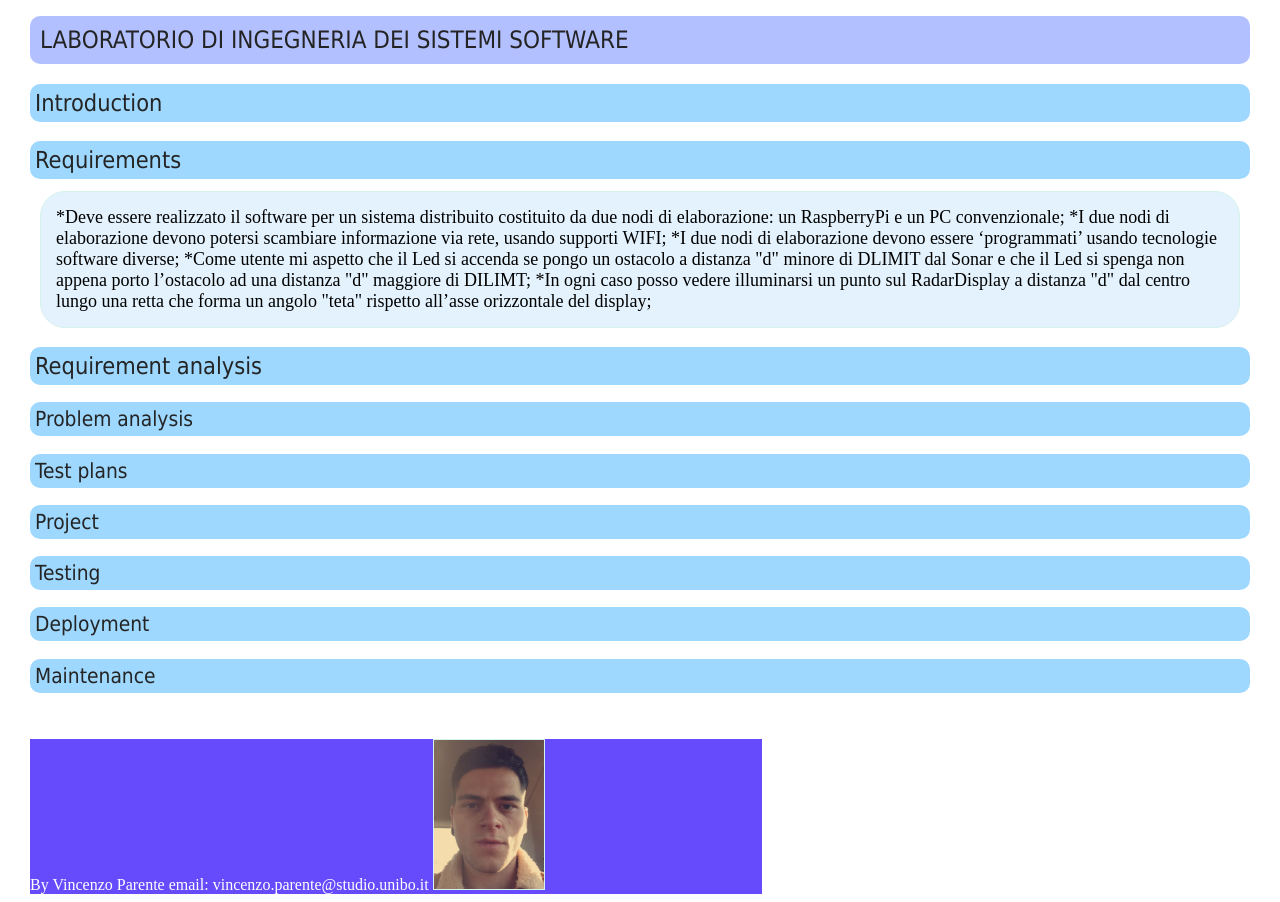
Repository: ParenteVincenzo/iss2022
Page: it.unibo.radarSystem22/userDocs/radarSystem22.html
The author's editor kept a copy of each file at every save. The page is drawn from the files as they stood at one save, then again after the next save.
The browser window is 1280 px wide. The pictures show the whole page.

Above is the page before, as saved 2022-03-06 16:53:19.

### it.unibo.radarSystem22/userDocs/radarSystem22.html
<!DOCTYPE html PUBLIC "-//W3C//DTD HTML 4.01//EN" "http://www.w3.org/TR/html4/strict.dtd">
<html>
    <!--
<link rel="stylesheet" type="text/css" href="../css/issStyle1.css">
<script type="text/javascript" src="../css/issStyle.js"></script>
-->
<style type="text/css">
body
{
    margin-left:  30px;
    margin-right: 30px;
};

P
{
    font-family: Tahoma;
    font-size: 10pt;
};

a, a:visited, a:active, a:link, a:hover {
    text-decoration: underline;
    color: #545454;
    background-color: transparent;
	font-size: 93%;
}

a:hover {
    background-color: #cccccc;
}


hr {
    clear: both;
    height: 1px;
    color: #242424;
    background-color: transparent;
}

h1, h2, h3 {
    color: #242424;
    clear: left;
    font: 100% Tahoma, Helvetica, Arial, sans-serif;
    margin-bottom: 0.5em;
    padding-top: 0.5em;
	border-radius: 10px;
	padding: 5px;
}

top {
	width: 100%;
}


#i {
    color: #ff1010;
}
tt{
	font-family: "Arial";
    font-size: 90%;
	color: #006600;
}
em{
	font-family: "Arial";
    font-size: 80%;
	font-weight: bold;
	border-style:solid;
	border-color: #abe876;
    color: #1632cc;
}
bc{
	font-family: "Arial";
	font-size: 90%;
	font-weight: bold;
    color: #990000;
	background-color: #fcf8c7;
}
ks{
	font-family: "Arial";
	font-weight: bold;
    color: #0000CD	;
	font-size: 90%;
}
kc{
	font-family: "Arial";
	font-weight: bold;
    color: #008000	;
	font-size: 90%;
}
pre{
	font-family: "Consolas";
	font-size: 85%;
	background-color: #f5f5f5;
	border: 1.5px solid silver;
	padding: 5px;
}
m{
	font-family: "Helvetica";
	line-height: 100%;
 	font-size: 75%;
}
div.body{

    font-size: 18px;
}
k{
    color: #990000;
	font-weight: bold;
	font-size: 90%;
}
h1 {
    font-size: 150%;
    background-color: #b2c0ff;
	padding: 10px;
}

h2 {
    background-color: #9ed8ff;
    font-size: 130%;
}

h3 {
	background-color: #e6ccff;
    font-size: 100%;
}
h4 {
    background-color: #ccffcc;
    font-size: 100%;
	width: 95%;
	border-radius: 5px;
	padding: 2px;
}
h5 {
    background-color: #d5ffb0;
    font-size: 100%;

}
div.req{
	background-color: #d9ffb3;
    font-size: 18px;
	width: 700px;
    border: 3px solid green;
    padding: 15px;
    margin: 10px;
}
div.remark{
	background-color: #E3F2FD;
    border: 1.5px solid #d5f2ed;
    padding: 15px;
    margin: 10px;
	border-radius: 25px;
}
table, th, td {
  border: 1px solid black;
  border-collapse: collapse;
}

ol, ul, li {
  margin: 0;
  margin-left: 10px;
  padding: 0;
  padding-bottom: 5px;
}

table, th, td {
	border: 1px solid black;
}

img {
	border: 1.5px solid #d5f2ed

}

a, a:visited, a:active, a:link, a:hover {
    text-decoration: underline;
    color: #545454;
    background-color: transparent;
}

div.wrapdesc{
	width: 90%;
	margin: auto;
}

div.imagedesc{
	width: 85%;
	margin: auto;
}
</style>

<head>

<title>TemplateToFill</title></head>

<body>
<div id="top">
<h1>LABORATORIO DI INGEGNERIA DEI SISTEMI SOFTWARE <font size="5"></font> </h1>
</div>

<div class="body">
<h2>Introduction</h2>


<h2>Requirements</h2>


<div class="remark">
*Deve essere realizzato il software per un sistema distribuito costituito da due nodi di elaborazione: un RaspberryPi e un PC convenzionale;
*I due nodi di elaborazione devono potersi scambiare informazione via rete, usando supporti WIFI;
*I due nodi di elaborazione devono essere ‘programmati’ usando tecnologie software diverse;
*Come utente mi aspetto che il Led si accenda se pongo un ostacolo a distanza "d" minore di DLIMIT dal Sonar e che il Led si spenga non appena porto l’ostacolo ad una distanza "d" maggiore di DILIMT;
*In ogni caso posso vedere illuminarsi un punto sul RadarDisplay a distanza "d" dal centro lungo una retta che forma un angolo "teta" rispetto all’asse orizzontale del display;
</div>



<h2>Requirement analysis</h2>


</div>

<h2>Problem analysis</h2>


<h2>Test plans</h2>


<h2>Project</h2>

</div>

<h2>Testing</h2>


<h2>Deployment</h2>


<h2>Maintenance</h2>

<!-- USEFUL
<table style="width:100%" border="1">
<tr>
<td style="width:50%">
</td>
<td></td>
</tr>
</table>
-->

<br/><br/>
</div>

<div style="background-color:rgba(86, 56, 253, 0.9); width:60%;text-align:left;color:white">
By Vincenzo Parente email: vincenzo.parente@studio.unibo.it
<img src="vincenzoP.jpg" alt="mbot" width="15%" height="15%">
</div>
</body>
</html>

After the next save:
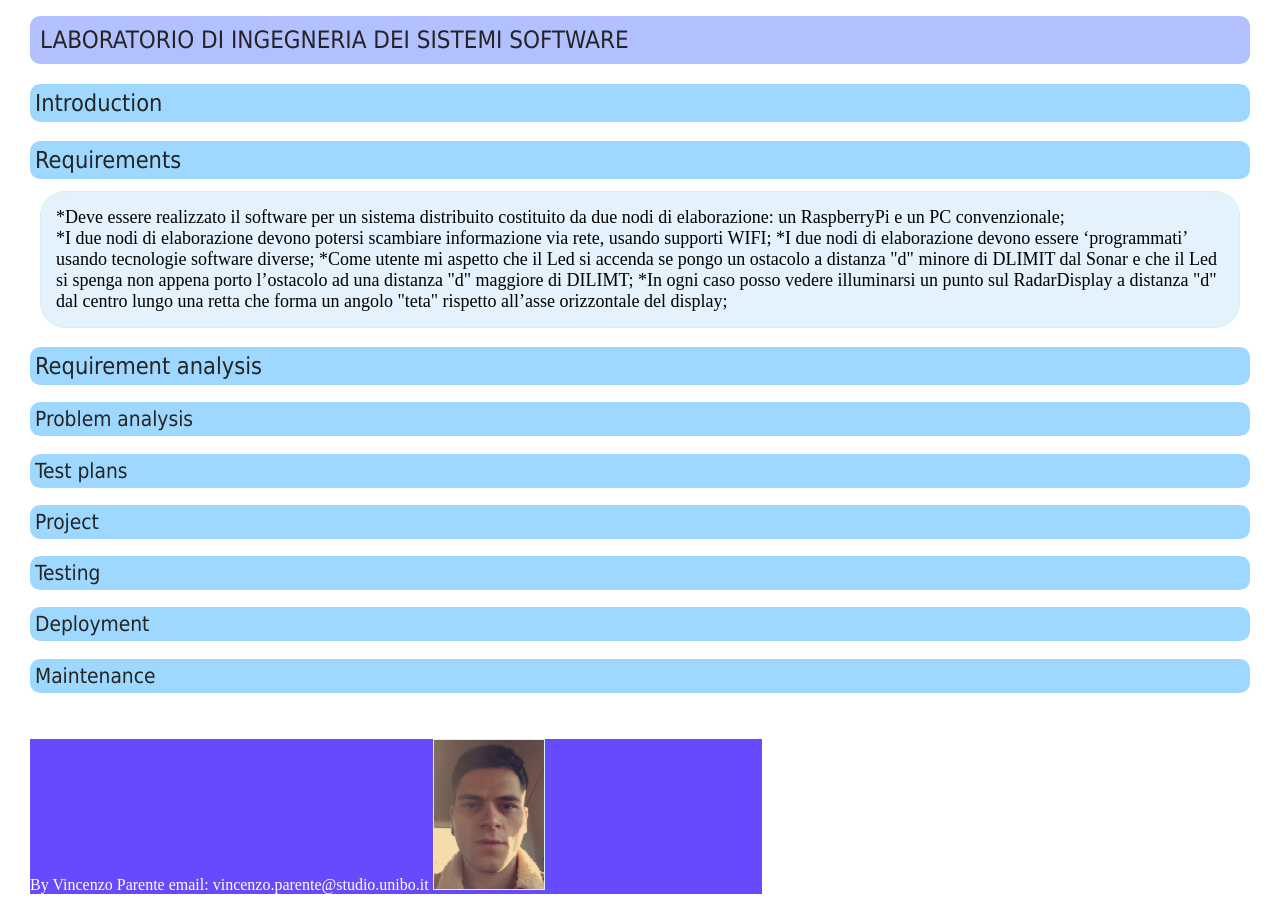
Saved 40 s later.
--- a/it.unibo.radarSystem22/userDocs/radarSystem22.html
+++ b/it.unibo.radarSystem22/userDocs/radarSystem22.html
@@ -204,7 +204,7 @@ div.imagedesc{
 
 
 <div class="remark">
-*Deve essere realizzato il software per un sistema distribuito costituito da due nodi di elaborazione: un RaspberryPi e un PC convenzionale;
+*Deve essere realizzato il software per un sistema distribuito costituito da due nodi di elaborazione: un RaspberryPi e un PC convenzionale;<br>
 *I due nodi di elaborazione devono potersi scambiare informazione via rete, usando supporti WIFI;
 *I due nodi di elaborazione devono essere ‘programmati’ usando tecnologie software diverse;
 *Come utente mi aspetto che il Led si accenda se pongo un ostacolo a distanza "d" minore di DLIMIT dal Sonar e che il Led si spenga non appena porto l’ostacolo ad una distanza "d" maggiore di DILIMT;
